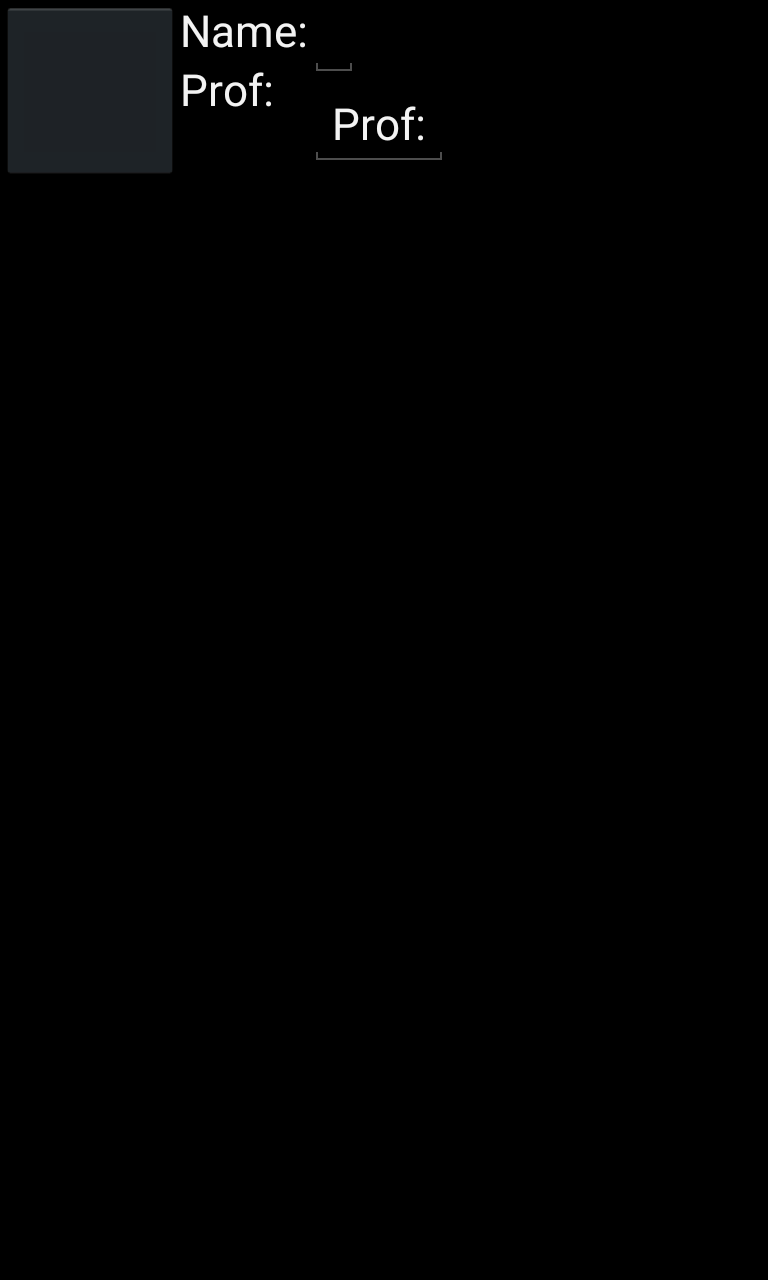
Repository: prayasjain/BunkMonitorApp
Layout: BunkMonitor/res/layout/subject_input.xml
These files come from the project's save history. The layout is drawn as it stood at one moment and after a run of saves; the edit follows.
It is drawn on a 768 x 1280 px phone screen (xhdpi) without system bars, with theme android:Theme.Holo; the app's code is not run.

Above is the layout before, as saved 2015-08-05 10:50:28.

### BunkMonitor/res/layout/subject_input.xml
<?xml version="1.0" encoding="utf-8"?>
<LinearLayout xmlns:android="http://schemas.android.com/apk/res/android"
    android:layout_width="match_parent"
    android:layout_height="match_parent"
    android:orientation="vertical" >

    <LinearLayout
        android:layout_width="wrap_content"
        android:layout_height="wrap_content"
        android:orientation="horizontal" >

        <Button
            android:id="@+id/bImage"
            android:layout_width="90dp"
            android:layout_height="90dp" />

        <LinearLayout
            android:layout_height="match_parent"
            android:layout_width="wrap_content"
            android:orientation="vertical">

            <TextView
                android:id="@+id/tvName"
                android:layout_width="wrap_content"
                android:layout_height="wrap_content"
                android:text="Name:"
                android:textAppearance="?android:attr/textAppearanceLarge" />


            <TextView
                android:id="@+id/tvProf"
                android:layout_width="wrap_content"
                android:layout_height="wrap_content"
                android:text="Prof:"
                android:textAppearance="?android:attr/textAppearanceLarge" />

        </LinearLayout>
        <LinearLayout
            android:layout_height="match_parent"
            android:layout_width="wrap_content"
            android:orientation="vertical">

            <EditText
                android:id="@+id/etName"
                android:layout_width="wrap_content"
                android:layout_height="wrap_content"
                 />


            <EditText
                android:id="@+id/etProf"
                android:layout_width="wrap_content"
                android:layout_height="wrap_content"
                android:text="Prof:"
                android:textAppearance="?android:attr/textAppearanceLarge" />

        </LinearLayout>
    </LinearLayout>

</LinearLayout>

After the next 2 saves:
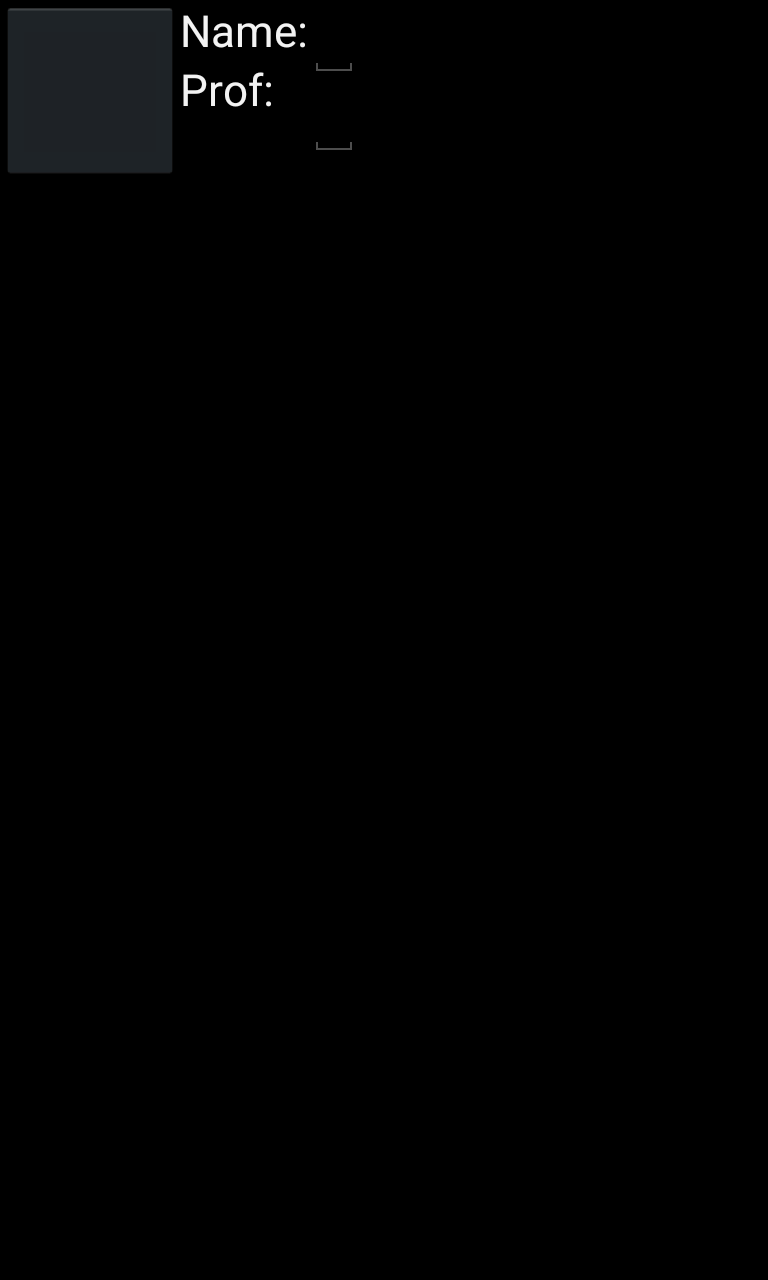
The 2 saves are shown as one change because they came seconds apart.
The last was saved 11 s later.
--- a/BunkMonitor/res/layout/subject_input.xml
+++ b/BunkMonitor/res/layout/subject_input.xml
@@ -15,9 +15,9 @@
             android:layout_height="90dp" />
 
         <LinearLayout
+            android:layout_width="wrap_content"
             android:layout_height="match_parent"
-            android:layout_width="wrap_content"
-            android:orientation="vertical">
+            android:orientation="vertical" >
 
             <TextView
                 android:id="@+id/tvName"
@@ -26,34 +26,28 @@
                 android:text="Name:"
                 android:textAppearance="?android:attr/textAppearanceLarge" />
 
-
             <TextView
                 android:id="@+id/tvProf"
                 android:layout_width="wrap_content"
                 android:layout_height="wrap_content"
                 android:text="Prof:"
                 android:textAppearance="?android:attr/textAppearanceLarge" />
+        </LinearLayout>
 
-        </LinearLayout>
         <LinearLayout
+            android:layout_width="wrap_content"
             android:layout_height="match_parent"
-            android:layout_width="wrap_content"
-            android:orientation="vertical">
+            android:orientation="vertical" >
 
             <EditText
                 android:id="@+id/etName"
                 android:layout_width="wrap_content"
-                android:layout_height="wrap_content"
-                 />
-
+                android:layout_height="wrap_content" />
 
             <EditText
                 android:id="@+id/etProf"
                 android:layout_width="wrap_content"
-                android:layout_height="wrap_content"
-                android:text="Prof:"
-                android:textAppearance="?android:attr/textAppearanceLarge" />
-
+                android:layout_height="wrap_content" />
         </LinearLayout>
     </LinearLayout>
 
